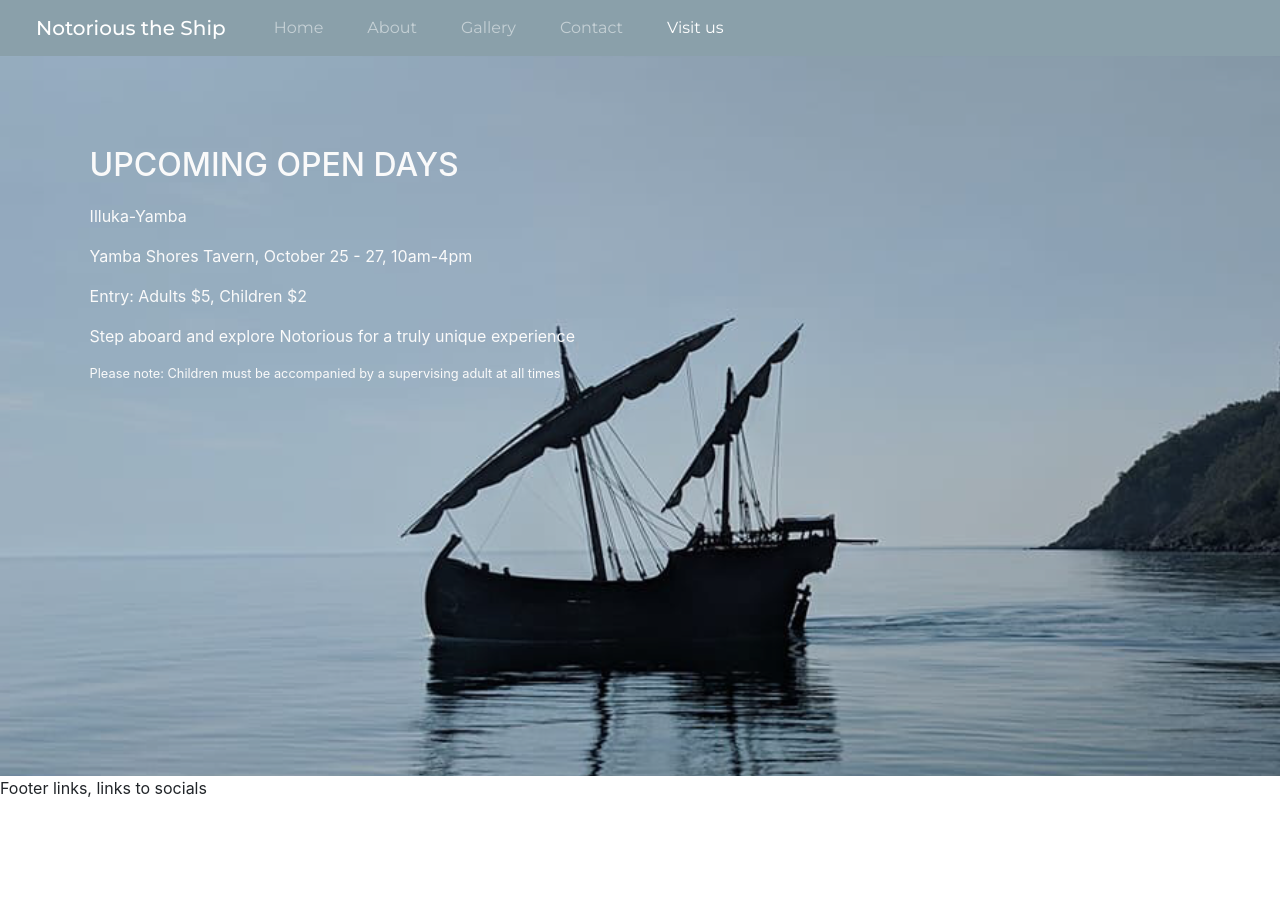
Repository: TSRose/NotorioustheShip
Page: open.html
The author's editor kept a record of every edit. The page is drawn from the files as they stood at one moment, then again after the next edit.
The browser window is 1280 px wide. The pictures show the whole page.
Backgrounds fixed to the window are drawn as part of the page.

Above is the page before.

### open.html
<!DOCTYPE html>
<html lang="en">

<head>
    <meta charset="UTF-8">
    <meta name="viewport" content="width=device-width, initial-scale=1.0">
    <meta http-equiv="X-UA-Compatible" content="ie=edge">
    <link rel="stylesheet" href="https://stackpath.bootstrapcdn.com/bootstrap/4.3.1/css/bootstrap.min.css" type="text/css" />
    <link rel="stylesheet" href="https://stackpath.bootstrapcdn.com/font-awesome/4.7.0/css/font-awesome.min.css">
    <link rel="stylesheet" href="assets/css/style.css" type="text/css">
    <title>Notorious the Ship</title>
</head>

<body>
    <nav class="navbar navbar-dark navbar-expand-sm">
        <a href="index.html" class="navbar-brand">Notorious the Ship</a>
        <button class="navbar-toggler ml-auto" type="button" data-toggle="collapse" data-target="#navbarNavDropdown" aria-controls="navbarNavDropdown" aria-expanded="false" aria-label="Toggle navigation">
      <span class="navbar-toggler-icon"></span></button>
        <div class="collapse navbar-collapse" id="navbarNavDropdown">
            <ul class="navbar-nav mr-auto">
                <li class="nav-item mr-2"><a class="nav-link" href="index.html">Home</a></li>
                <li class="nav-item mr-2"><a class="nav-link" href="about.html">About</a></li>
                <li class="nav-item mr-2"><a class="nav-link" href="gallery.html">Gallery</a></li>
                <li class="nav-item mr-2"><a class="nav-link" href="contact.html">Contact</a></li>
                <li class="active nav-item mr-2"><a class="nav-link" href="open.html">Visit us</a></li>
            </ul>
        </div>
    </nav>

    <!---------------------------open days----->

    <div class="container-fluid landing-container">
        <section class="absolute">
            <div class="row">
                <div class="col-12">
                    <div class="jumbotron">
                        <h2 class="text-uppercase jumbotron-heading">Upcoming Open Days</h2>
                        <p class="landing-subheading">Illuka-Yamba</p>
                        <p class="landing-subheading">Yamba Shores Tavern, October 25 - 27, 10am-4pm</p>
                        <p class="landing-subheading">Entry: Adults $5, Children $2</p>
                        <p class="landing-subheading">Step aboard and explore Notorious for a truly unique experience</p>
                        <p class="small">Please note: Children must be accompanied by a supervising adult at all times</p>
                    </div>
                </div>
            </div>
        </section>
    </div>


    <footer>
        <p>Footer links, links to socials </p>
    </footer>

    <script src="https://code.jquery.com/jquery-3.3.1.slim.min.js" integrity="sha384-q8i/X+965DzO0rT7abK41JStQIAqVgRVzpbzo5smXKp4YfRvH+8abtTE1Pi6jizo" crossorigin="anonymous"></script>
    <script src="https://cdnjs.cloudflare.com/ajax/libs/popper.js/1.14.7/umd/popper.min.js" integrity="sha384-UO2eT0CpHqdSJQ6hJty5KVphtPhzWj9WO1clHTMGa3JDZwrnQq4sF86dIHNDz0W1" crossorigin="anonymous"></script>
    <script src="https://stackpath.bootstrapcdn.com/bootstrap/4.3.1/js/bootstrap.min.js" integrity="sha384-JjSmVgyd0p3pXB1rRibZUAYoIIy6OrQ6VrjIEaFf/nJGzIxFDsf4x0xIM+B07jRM" crossorigin="anonymous"></script>

</body>

</html>

### assets/css/style.css
@import url('https://fonts.googleapis.com/css?family=Montserrat:100,200,300,400,500,600,700|Roboto:100,200,300,400,500,600,700');

body {
    margin: 10;
    padding: 0;
}

header {
    margin: 0;
}

.footer {
    background-color: #89bddd;
    border-color: #89bddd;
}

h2 {
    margin-bottom: 20px;
}

/*-------------------------------- navbar */

.navbar-brand {
    font-family: "Montserrat", sans-serif;
    color: #fafafa;
    margin: 0 20px;
    font-weight: 500;
}

.nav-item {
    color: #fafafa;
    font-family: "Montserrat", sans-serif;
    margin: 0 20px;
}

.list-inline {
    text-align: center;
}

.navbar {
    color: #aaa;
    background-color: #8aa0aa;
    margin-bottom: 0;
    border: 0;
    width: 100%;
}

.navbar .navbar-toggler {
    border: 0;
}

/*---------------------------------Landing ----*/

.landing-container {
    height: 100VH;
    background: url("../images/notorious_portdouglas_xsm_crop.jpg") no-repeat center center fixed;
    -webkit-background-size: cover;
    -moz-background-size: cover;
    -o-background-size: cover;
    background-size: cover;
    display: flex;
    align-items: center;
    justify-content: center;
    position: relative;
}

@media (min-width: 576px) {
    .landing-container {
        background: url("../images/notorious_portdouglas_sm_crop.jpg") no-repeat center right fixed;
    }
}

@media (min-width: 768px) {
    .landing-container {
        background: url("../images/notorious_portdouglas_md_crop.jpg") no-repeat center right fixed;
    }
}

@media (min-width: 992px) {
    .landing-container {
        background: url("../images/notorious_portdouglas.PNG") no-repeat center left fixed;
    }
}

.text-uppercase {
    text-transform: uppercase;
}

.landing-subheading {
    padding: 0 0px;
    text-align: left;
}

/*--------------------------------Jumbotron*/

.absolute {
    position: absolute;
    height: 100VH;
    width: 100VW;
    padding: 7%;
}

.jumbotron {
    background-color: transparent;
    padding: 0;
    color: #fafafa;
    height: 100VH;
}

.jumbotron-header {
    font-weight: bold;
    margin-bottom: 35px;
    margin: 50px;
    text-transform: capitalize;
    padding: 50px;
}


/*--------------------------------------- contact form*/

.contact-heading {
    font-family: "Montserrat", sans-serif;
    font-weight: 200;
    padding-top: 30px;
    margin-top: 25px;
    margin-bottom: 15px;
}

.center-form {
    padding: 0 10px;
    margin: 0 auto;
    max-width: 70%;
}

button[type="submit"] {
    margin-top: 15px;
    margin-bottom: 20px;
    color: #fafafa;
    background-color: #3498db;
}

.btn {
    padding: 5px;
}

.form-control {
    margin: 10px 0;
}

.share {
    margin: 25px 0;
}

@media(max-width: 991px) {
    .center-form {
        padding-top: 30px;
        min-height: 240px;
        margin: 0 auto;
        max-width: 70%;
    }
}

@media(min-width: 992px) {
    .center-form {
        padding-top: 30px;
        min-height: 240px;
        margin: 0 auto;
        max-width: 50%;
    }
}

@media(min-width: 992px) {
    .contact-heading {
        font-family: "Montserrat", sans-serif;
        font-weight: 400;
        margin-top: 25px;
        margin-bottom: 20px;
    }
}

/*-----------------------------------About*/

.about-container {
    margin: 15px;
}

.article-wrapper {
    margin-right: 50px;
}

.theshipimage {
    background: url("../images/notorious_on_anchor.PNG");
    background-position: left;
    background-repeat: no-repeat;
    display: inline-block;
    width: 300px;
    height: auto;
    transition: all .5s ease-in-out;
    -moz-transition: all .5s ease-in-out;
    -webkit-transition: all .5s ease-in-out;
    margin: 0 15;
}

.thebuilderimage {
    background: url("../images/graemewylie.jpg");
    background-position: left;
    background-repeat: no-repeat;
    background-size: cover;
    display: block;
    width: 300px;
    height: auto;
    transition: all .5s ease-in-out;
    -moz-transition: all .5s ease-in-out;
    -webkit-transition: all .5s ease-in-out;
}

.thehistoryimage {
    background: url("../images/portuguesecaravelmodel.jpg");
    background-position: left;
    background-repeat: no-repeat;
    background-size: cover;
    display: block;
    width: auto;
    height: 300px;
    max-height: 300px;
    transition: all .5s ease-in-out;
    -moz-transition: all .5s ease-in-out;
    -webkit-transition: all .5s ease-in-out;
}

.article-container {
    margin: 30px;
}

/*-----------------------------------Open Days*/
.opendays {

}

/*-----------------------------------Gallery*/

.gallery-container {
    padding: 20px 0;
}

.image-padding {
    padding: 5px;
}

.zoom {
    width: 100%;
    height: 200px;
    border-radius:5px;
    background-size: cover;
    -webkit-transition: all .3s ease-in-out;
    -moz-transition: all .3s ease-in-out;
    -o-transition: all .3s ease-in-out;
    -ms-transition: all .3s ease-in-out;
}


.transition {
    -webkit-transform: scale(1.2);
    -moz-transform: scale(1.2);
    -o-transform: scale(1.2);
    transform: scale(1.2);
}
    .modal-header {

     border-bottom: none;
}
    .modal-title {
        color:#000;
    }
    .modal-footer{
      display:none;
    }


/*-----------------------------------Footer*/

.social-links {
    margin-top: 10px;
    padding-bottom: 0px;
}

.list-inline-item {
    padding-left: 5px;
    padding-right: 5px;
}

After the next edit:
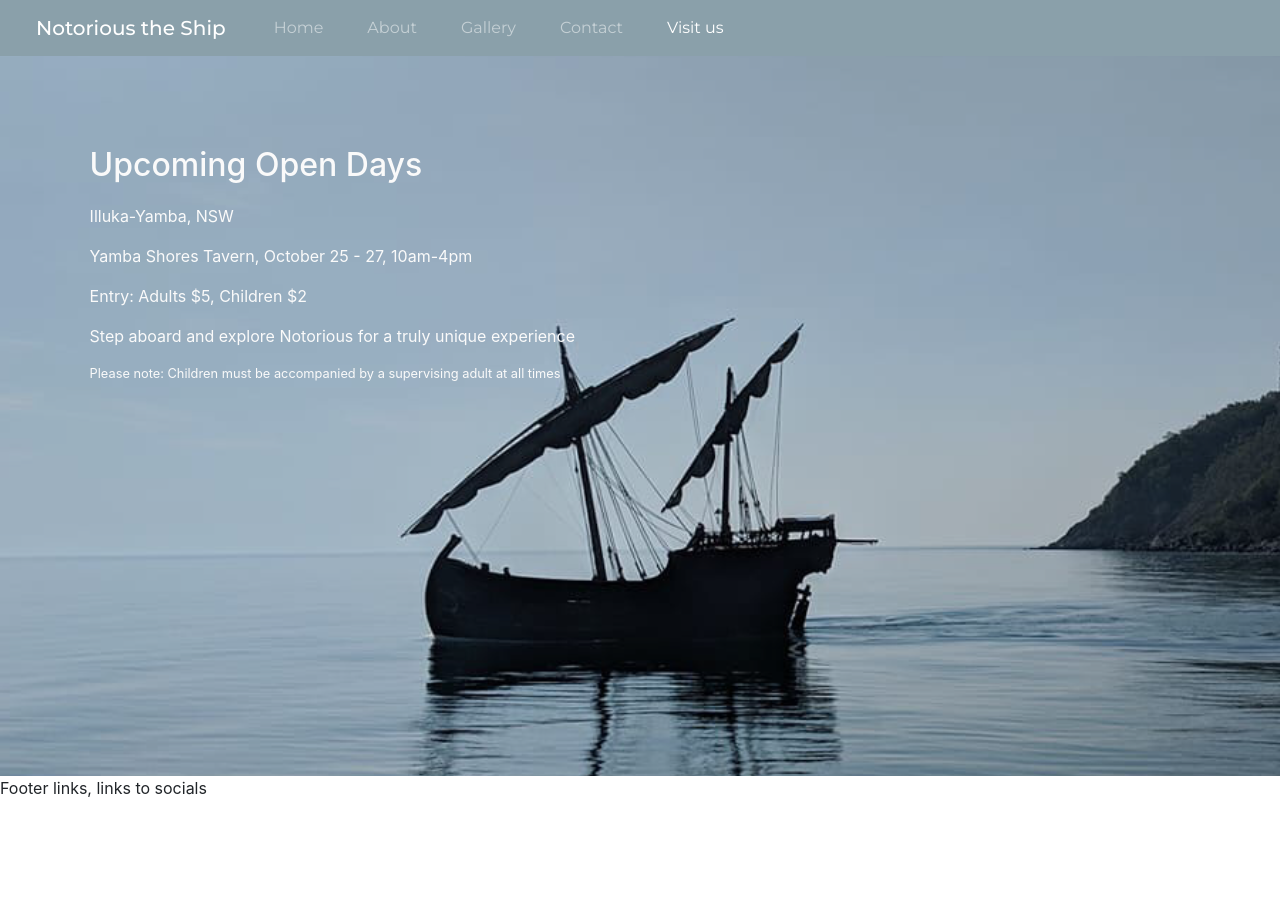
The edit:
--- a/open.html
+++ b/open.html
@@ -34,8 +34,8 @@
             <div class="row">
                 <div class="col-12">
                     <div class="jumbotron">
-                        <h2 class="text-uppercase jumbotron-heading">Upcoming Open Days</h2>
-                        <p class="landing-subheading">Illuka-Yamba</p>
+                        <h2 class="text-capitalize jumbotron-heading">Upcoming Open Days</h2>
+                        <p class="landing-subheading">Illuka-Yamba, NSW</p>
                         <p class="landing-subheading">Yamba Shores Tavern, October 25 - 27, 10am-4pm</p>
                         <p class="landing-subheading">Entry: Adults $5, Children $2</p>
                         <p class="landing-subheading">Step aboard and explore Notorious for a truly unique experience</p>
